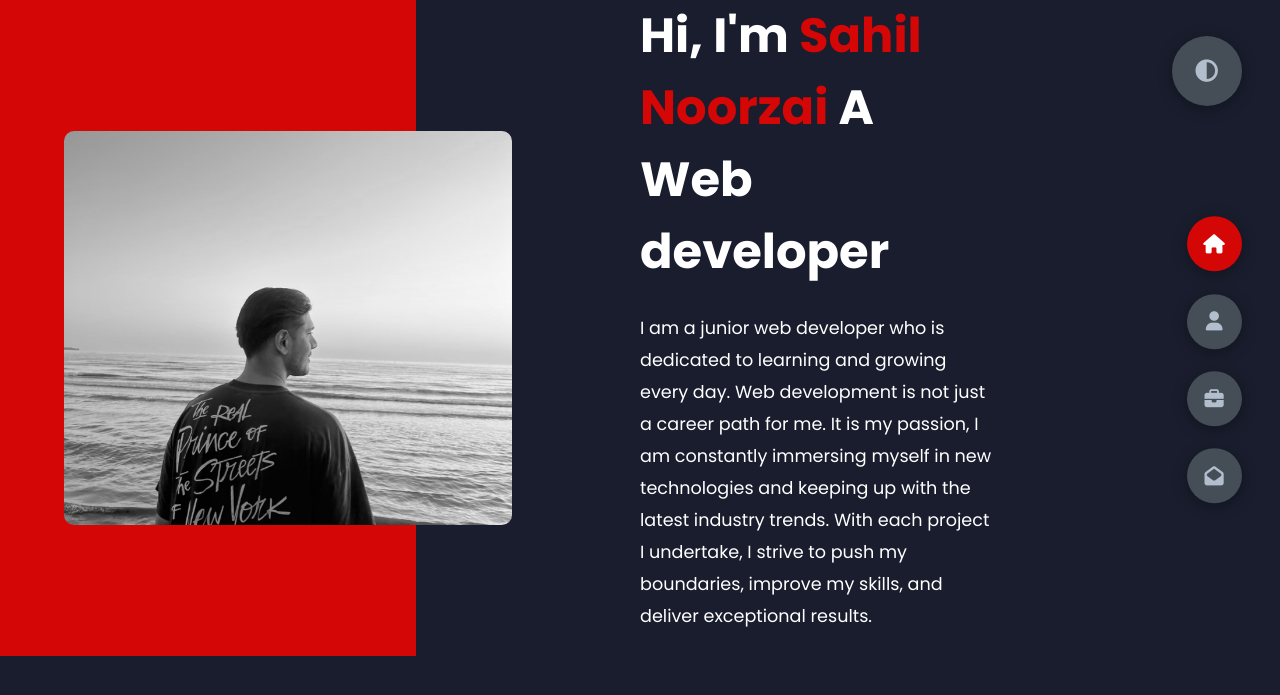
Repository: nftGambler/noorzai-portfolio
Page: index.html
These files come from the project's save history. The page is drawn as it stood at one moment and after the next save; the edit follows.
The browser window is 1280 px wide. The pictures show the whole page.
The style sheet was rebuilt from its Sass, Less or Tailwind sources for each picture, by a compiler version that may differ from the author's.

Above is the page before, as saved 2023-11-23 21:54:54.

After the next save:
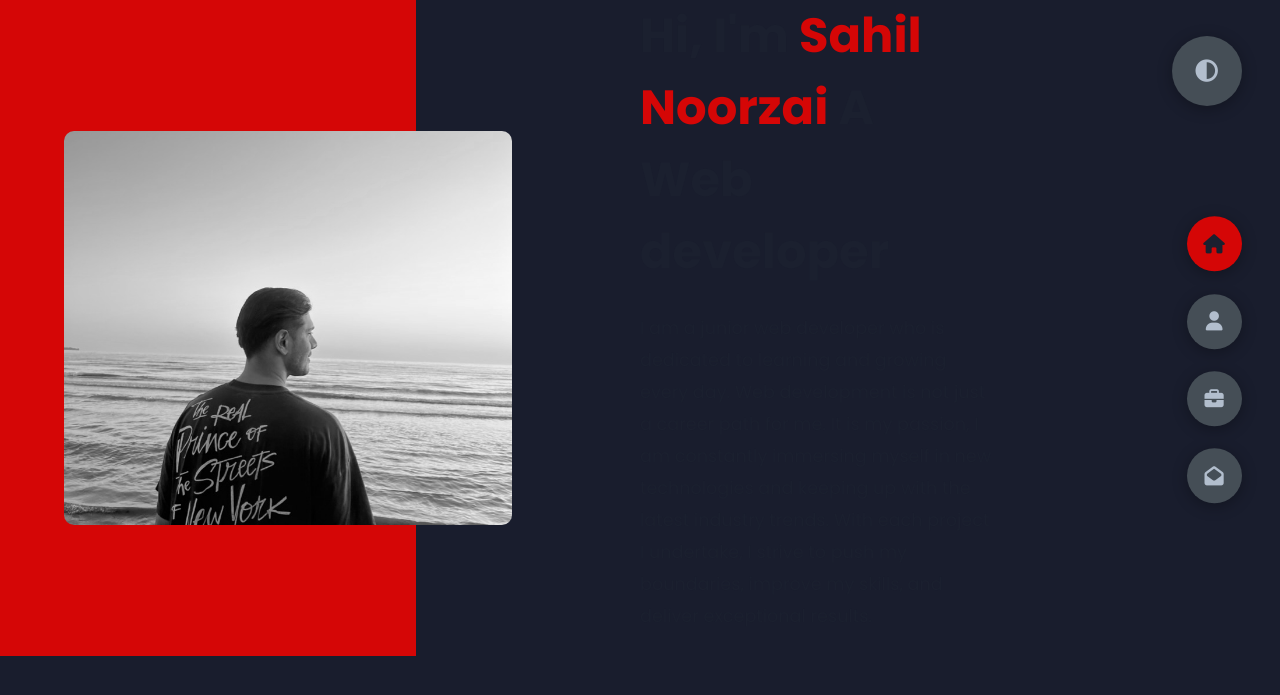
Saved 43 s later.
--- a/style/styles.scss
+++ b/style/styles.scss
@@ -11,7 +11,7 @@
 :root {
   --color-primary: #191d2d;
   --color-secondary: #d50606;
-  --color-white: #FFFFFF;
+  --color-white:  rgb(27,32,47);
   --color-black: #000;
   --color-grey0: #f8f8f8;
   --color-grey-1: #dbe1e8;

After the save that followed:
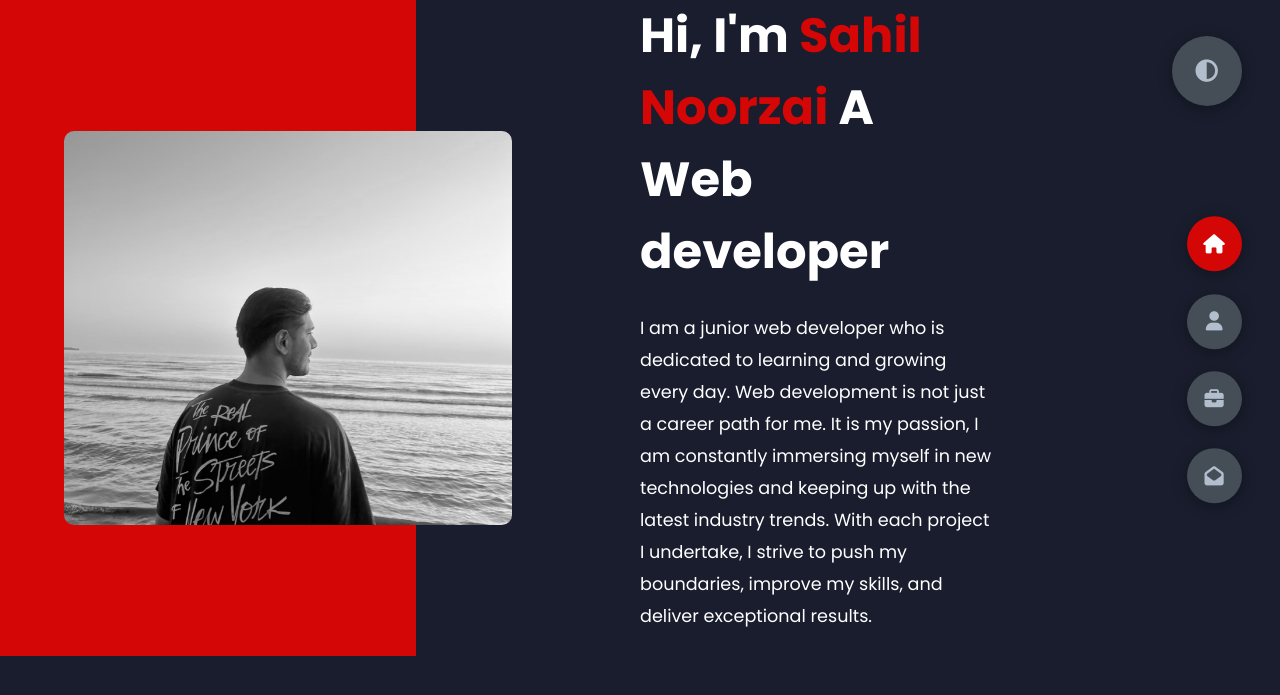
Saved 24 s later.
--- a/style/styles.scss
+++ b/style/styles.scss
@@ -11,7 +11,7 @@
 :root {
   --color-primary: #191d2d;
   --color-secondary: #d50606;
-  --color-white:  rgb(27,32,47);
+  --color-white: #FFFFFF;
   --color-black: #000;
   --color-grey0: #f8f8f8;
   --color-grey-1: #dbe1e8;
